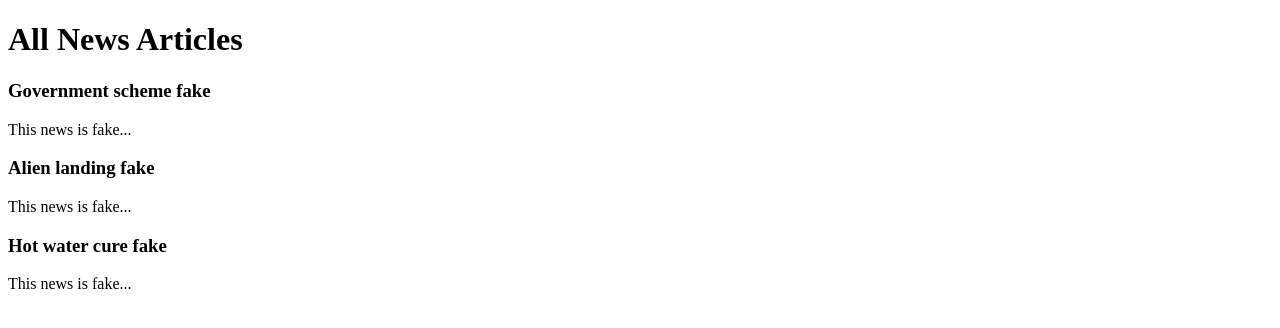
Repository: asadpathan2002-bot/Sprint1
Page: backend/templates/news.html
The author's editor kept a copy of each file at every save. The page is drawn from the files as they stood at one save, then again after the next save.
The browser window is 1280 px wide. The pictures show the whole page.

Above is the page before, as saved 2026-03-16 00:28:22.

### backend/templates/news.html
<!DOCTYPE html>
<html>
<head>
    <title>All News</title>
</head>
<body>

<h1>All News Articles</h1>

<div>

    <div>
        <h3>Government scheme fake</h3>
        <p>This news is fake...</p>
    </div>

    <div>
        <h3>Alien landing fake</h3>
        <p>This news is fake...</p>
    </div>

    <div>
        <h3>Hot water cure fake</h3>
        <p>This news is fake...</p>
    </div>

</div>

</body>
</html>

After the next save:
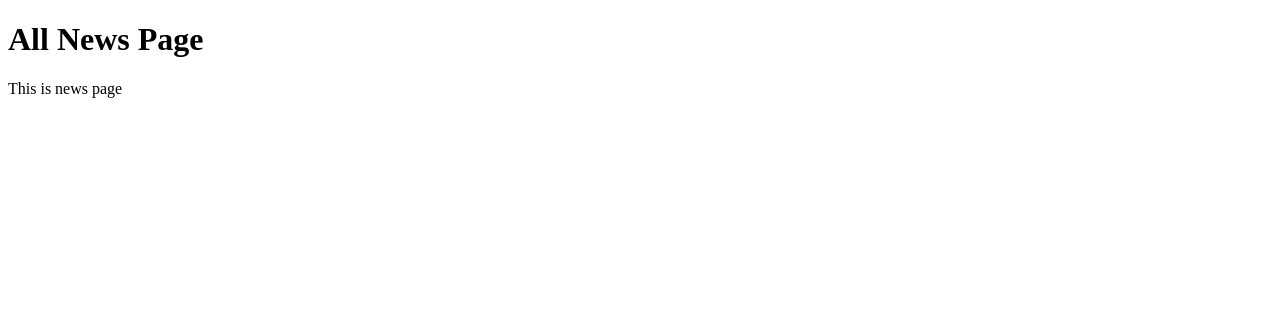
Saved 40 min 0 s later.
--- a/backend/templates/news.html
+++ b/backend/templates/news.html
@@ -3,28 +3,12 @@
 <head>
     <title>All News</title>
 </head>
+
 <body>
 
-<h1>All News Articles</h1>
+<h1>All News Page</h1>
 
-<div>
-
-    <div>
-        <h3>Government scheme fake</h3>
-        <p>This news is fake...</p>
-    </div>
-
-    <div>
-        <h3>Alien landing fake</h3>
-        <p>This news is fake...</p>
-    </div>
-
-    <div>
-        <h3>Hot water cure fake</h3>
-        <p>This news is fake...</p>
-    </div>
-
-</div>
+<p>This is news page</p>
 
 </body>
 </html>
